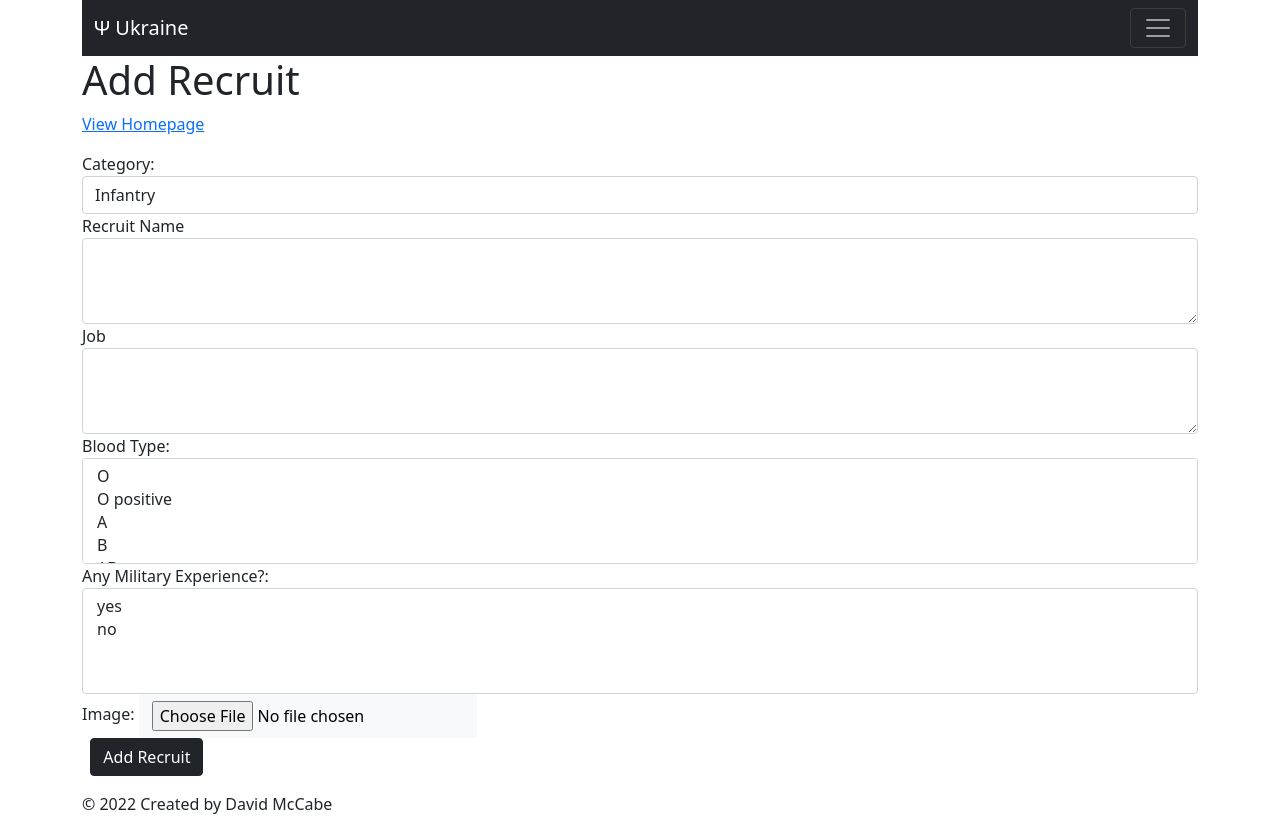
Repository: davidDKIT/ca2-davidmccabe-php
Page: http://localhost/add_record_form.php
An editor plug-in stored every save of this project. The page is shown before and after the next save, followed by the edit.
The browser window is 1280 px wide. The pictures show the whole page.
The page is run by PHP 8.4 with error messages shown; the project is at /var/www/html/. The database holds what the project's SQL file puts in it.

Above is the page before, as saved 2022-03-15 21:14:15.

### add_record_form.php
<?php
require('database.php');
$query = 'SELECT *
          FROM categories
          ORDER BY categoryID';
$statement = $db->prepare($query);
$statement->execute();
$categories = $statement->fetchAll();
$statement->closeCursor();
?>
<!-- the head section -->
<div class="container">
  <?php
  include('includes/header.php');
  ?>
  <h1>Add Recruit</h1>

  <form action="add_record.php" method="post" enctype="multipart/form-data" id="add_record_form">
  <p><a href="index.php">View Homepage</a></p>
    <div class="form-group">
      <label for="exampleFormControlInput1">Category:</label>
      <select class="form-control" id="exampleFormControlInput1" name="category_id">
        <?php foreach ($categories as $category) : ?>
          <option value="<?php echo $category['categoryID']; ?>">
            <?php echo $category['categoryName']; ?>
          </option>
        <?php endforeach; ?>
      </select>
    </div>
    <div class="form-group">
      <label for="exampleFormControlTextarea1">Recruit Name</label>
      <textarea class="form-control" id="exampleFormControlTextarea1" name="recruitName" rows="3"></textarea>
      <label for="exampleFormControlTextarea1">Job</label>
      <textarea class="form-control" id="exampleFormControlTextarea1" name="job" rows="3"></textarea>
      <label for="exampleFormControlSelect2">Blood Type:</label>
      <select multiple class="form-control" id="exampleFormControlSelect2" name="bloodType">
        <option>O</option>
        <option>O positive</option>
        <option>A</option>
        <option>B</option>
        <option>AB</option>
      </select>
      <label for="exampleFormControlSelect2">Any Military Experience?:</label>
      <select multiple class="form-control" id="exampleFormControlSelect2" name="militaryExp">
        <option>yes</option>
        <option>no</option>
      </select>
      <label>Image:</label>
      <input class="btn btn-light" type="file" name="image" accept="image/*" />
      <br>
    </div>
    <label>&nbsp;</label>
    <input class="btn btn-dark" type="submit" value="Add Recruit">
    <br>
  </form>

  <?php
  include('includes/footer.php');
  ?>

### database.php
<?php
    $dsn = 'mysql:host=localhost;dbname=ukraine_signup';
    $username = 'root';
    $password = '';

    try {
        $db = new PDO($dsn, $username, $password);
    } catch (PDOException $e) {
        $error_message = $e->getMessage();
        include('database_error.php');
        exit();
    }
?>

### includes/header.php
<!-- the head section -->

<head>
  <title>Ukraine Sign Up</title>
  <link href="https://cdn.jsdelivr.net/npm/bootstrap@5.1.3/dist/css/bootstrap.min.css" rel="stylesheet" integrity="sha384-1BmE4kWBq78iYhFldvKuhfTAU6auU8tT94WrHftjDbrCEXSU1oBoqyl2QvZ6jIW3" crossorigin="anonymous">
  <!-- Custom styles for this template-->
  <script src="https://cdn.jsdelivr.net/npm/bootstrap@5.1.3/dist/js/bootstrap.bundle.min.js" integrity="sha384-ka7Sk0Gln4gmtz2MlQnikT1wXgYsOg+OMhuP+IlRH9sENBO0LRn5q+8nbTov4+1p" crossorigin="anonymous"></script>

</head>

<!-- the body section -->

<body>
<nav class="navbar navbar-dark bg-dark">
  <div class="container-fluid">
    <a class="navbar-brand" href="main.php">Ψ Ukraine</a>
    <button class="navbar-toggler" type="button" data-bs-toggle="collapse" data-bs-target="#navbarNavDropdown" aria-controls="navbarNavDropdown" aria-expanded="false" aria-label="Toggle navigation">
      <span class="navbar-toggler-icon"></span>
    </button>
    <div class="collapse navbar-collapse" id="navbarNavDropdown">
      <ul class="navbar-nav">
        <li class="nav-item">
          <a class="nav-link active" aria-current="page" href="index.php">Home</a>
        </li>
        <li class="nav-item">
          <a class="nav-link" href="category_list.php">Manage Categories</a>
        </li>
        <li class="nav-item">
          <a class="nav-link" href="add_record_form.php">Add New Recruit</a>
        </li>
          <form class="d-flex">
        <input class="form-control me-2" type="search" placeholder="Search" aria-label="Search">
        <button class="btn btn-outline-light" type="submit">Search</button>
      </form>

      </ul>
    </div>
  </div>
</nav>

### includes/footer.php
<footer>
<p>&copy; <?php echo date("Y"); ?> Created by David McCabe</p>
</footer>
</div><!-- close div container -->
</body>
</html>

### data-for-your-database.sql (the tables this page reads)
CREATE TABLE `categories` (
  `categoryID` int(11) NOT NULL AUTO_INCREMENT,
  `categoryName` varchar(255) NOT NULL,
  PRIMARY KEY (categoryID)
) ENGINE=InnoDB DEFAULT CHARSET=utf8;

INSERT INTO `categories` (`categoryID`, `categoryName`) VALUES
(1, 'Infantry'),
(2, 'Airforce'),
(3, 'Tank Crew'),
(4, 'Bombers'),
(5, 'Sniper Team');

ALTER TABLE `categories`
  ADD PRIMARY KEY (`categoryID`);

ALTER TABLE `categories`
  MODIFY `categoryID` int(11) NOT NULL AUTO_INCREMENT, AUTO_INCREMENT=3;

After the next save:
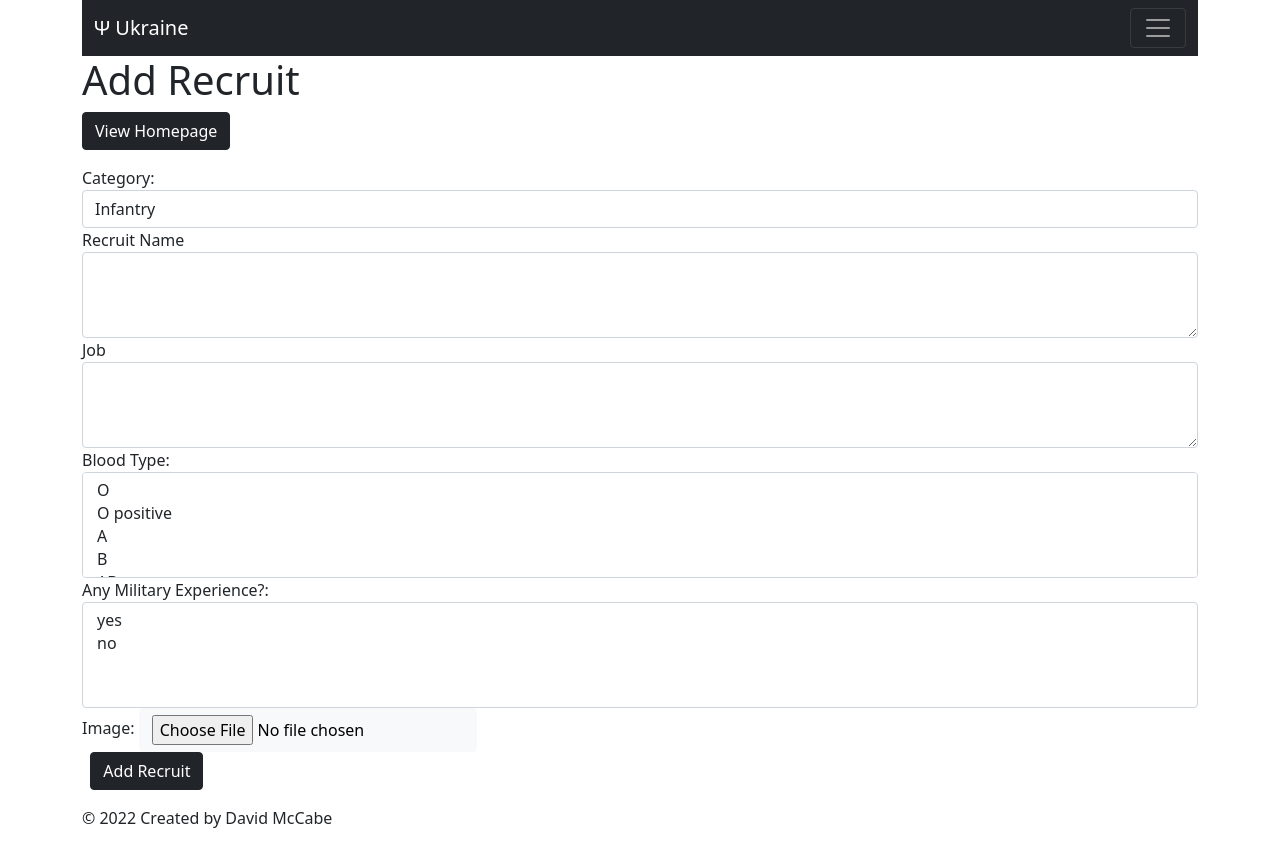
Saved 23 s later.
--- a/add_record_form.php
+++ b/add_record_form.php
@@ -16,7 +16,7 @@ $statement->closeCursor();
   <h1>Add Recruit</h1>
 
   <form action="add_record.php" method="post" enctype="multipart/form-data" id="add_record_form">
-  <p><a href="index.php">View Homepage</a></p>
+  <p><a class="btn btn-dark" href="index.php">View Homepage</a></p>
     <div class="form-group">
       <label for="exampleFormControlInput1">Category:</label>
       <select class="form-control" id="exampleFormControlInput1" name="category_id">
